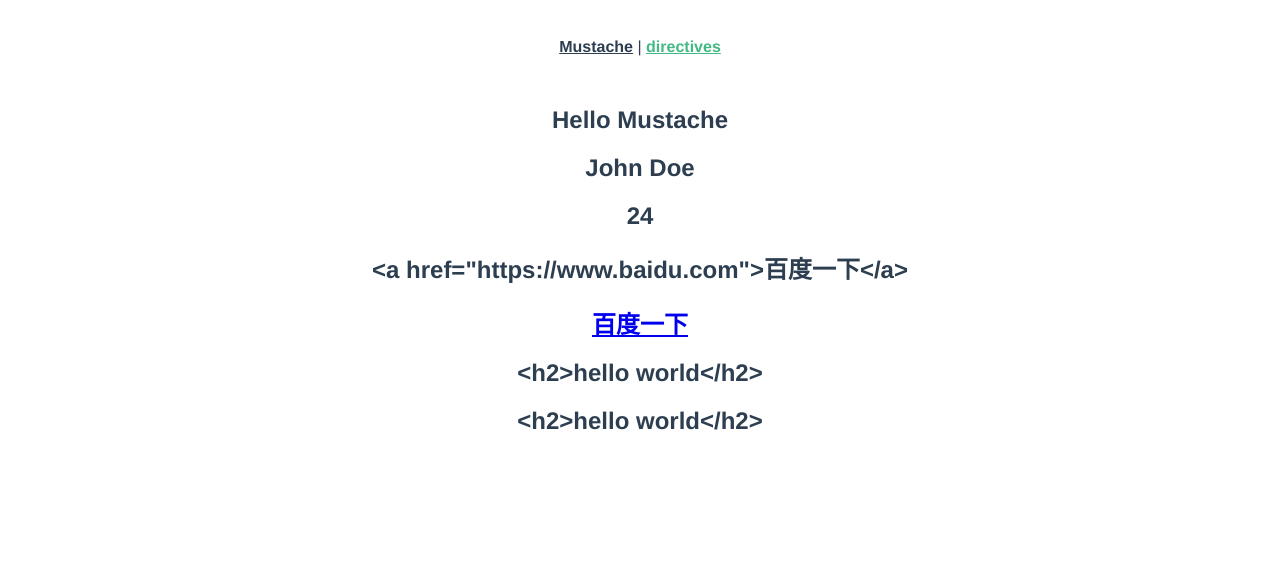
Repository: yeyanghui0616/my-vue2-learning
Page: /directives
The author's editor kept a copy of each file at every save. The page is drawn from the files as they stood at one save, then again after a run of saves.
The browser window is 1280 px wide. The pictures show the whole page.
The project was rebuilt for these pictures with package versions that can differ from the ones it lists, and the page was loaded fresh each time. Also part of the build but not shown: src/views/Mustache.vue.

Above is the page before, as saved 2023-08-30 21:20:42.

### src/App.vue
<template>
	<div id="app">
		<div id="nav">
			<router-link to="/">Mustache</router-link> |
			<router-link to="/directives">directives</router-link>
		</div>
		<router-view />
	</div>
</template>

<style lang="scss">
#app {
	font-family: Avenir, Helvetica, Arial, sans-serif;
	-webkit-font-smoothing: antialiased;
	-moz-osx-font-smoothing: grayscale;
	text-align: center;
	color: #2c3e50;
}

#nav {
	padding: 30px;

	a {
		font-weight: bold;
		color: #2c3e50;

		&.router-link-exact-active {
			color: #42b983;
		}
	}
}
</style>

### src/router/index.js
import Vue from "vue";
import VueRouter from "vue-router";
import Mustache from "../views/Mustache.vue";

Vue.use(VueRouter);

const routes = [
	{
		path: "/",
		name: "Mustache",
		component: Mustache,
	},
	{
		path: "/directives",
		name: "directives",
		component: () => import("../views/directives.vue"),
	},
];

const router = new VueRouter({
	mode: "history",
	base: process.env.BASE_URL,
	routes,
});

export default router;

### src/views/directives.vue
<template>
	<div>
		<!-- TODO Mustache -->
		<h2>Hello {{ name }}</h2>
		<h2>{{ firstName }} {{ lastName }}</h2>
		<h2>{{ counter * 2 }}</h2>
		<!-- TODO v-html -->
		<h2>{{ link }}</h2>
		<h2 v-html="link"></h2>
		<!-- TODO v-text, 和mustache一样 -->
		<h2>{{ message }}</h2>
		<h2 v-text="message"></h2>
	</div>
</template>

<script>
export default {
	data() {
		return {
			name: "Mustache",
			firstName: "John",
			lastName: "Doe",
			counter: 12,
			link: '<a href="https://www.baidu.com">百度一下</a>',
			message: "<h2>hello world</h2>",
		};
	},

	methods: {},
};
</script>

<style lang="scss"></style>

Loaded but not shown: public/index.html (common file); src/main.js (common file); src/store/index.js (common file)

After the next 2 saves:
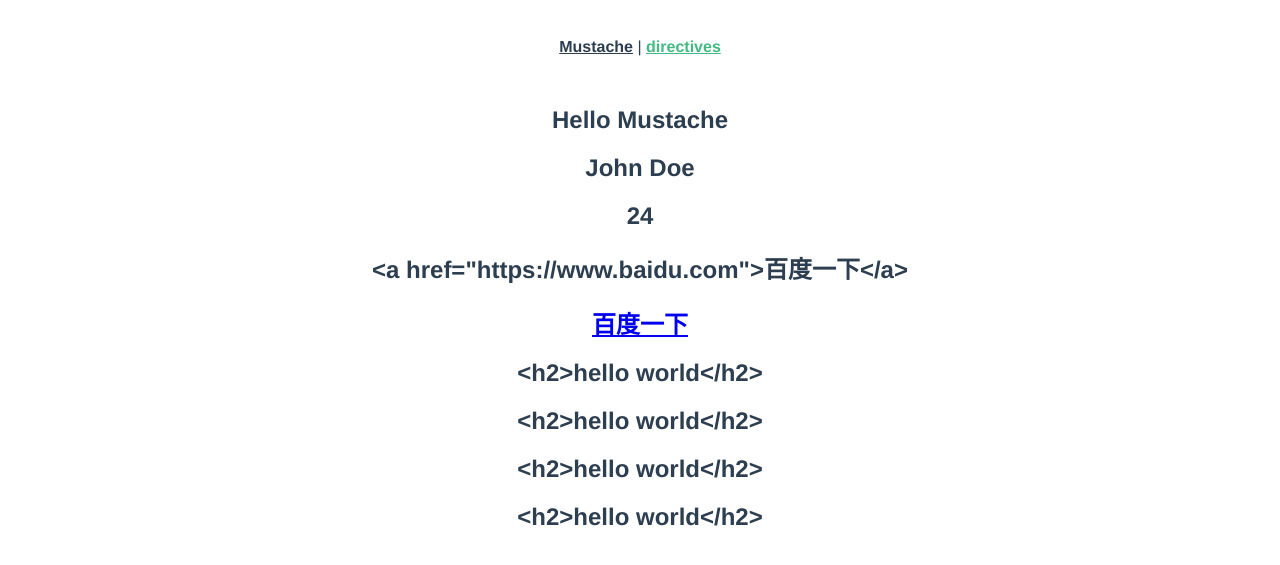
The 2 saves are shown as one change because they came seconds apart.
The last was saved 9 s later.
--- a/src/views/directives.vue
+++ b/src/views/directives.vue
@@ -7,6 +7,9 @@
 		<!-- TODO v-html -->
 		<h2>{{ link }}</h2>
 		<h2 v-html="link"></h2>
+		<!-- TODO v-text, 和mustache一样 -->
+		<h2>{{ message }}</h2>
+		<h2 v-text="message"></h2>
 		<!-- TODO v-text, 和mustache一样 -->
 		<h2>{{ message }}</h2>
 		<h2 v-text="message"></h2>
